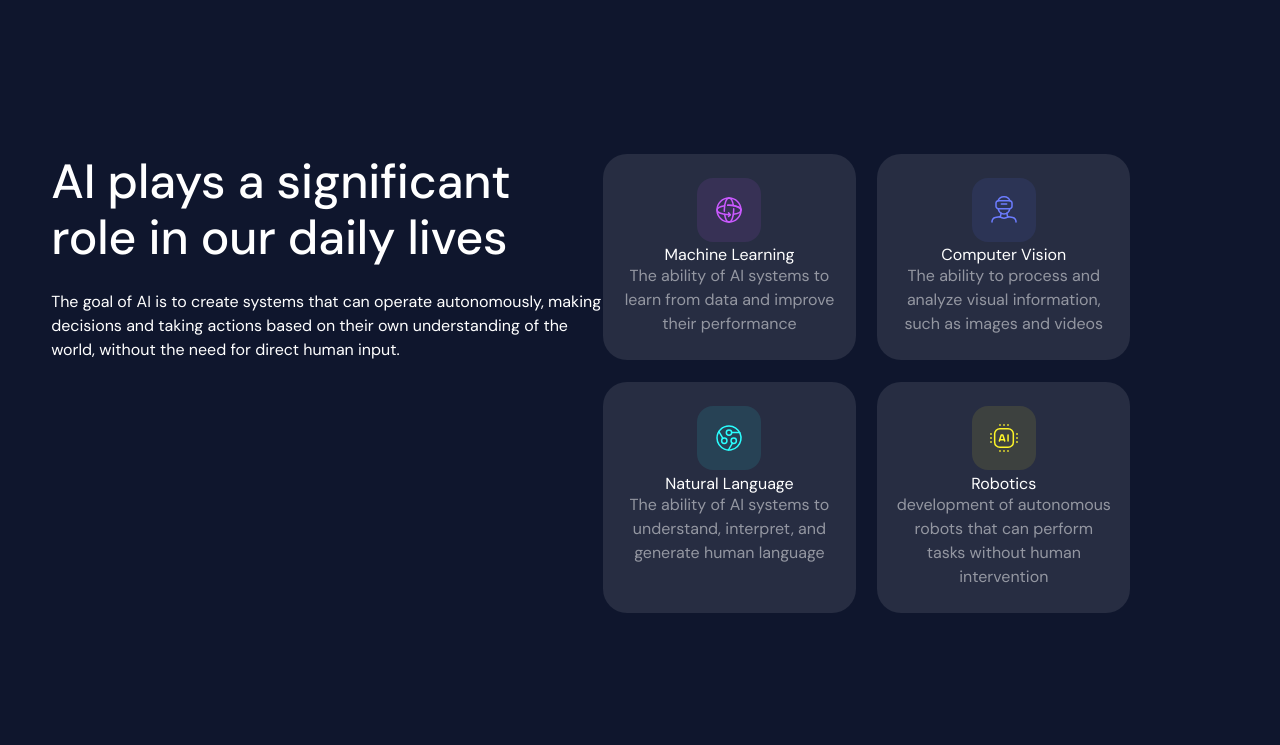
Repository: alphatra/INVO-Academy
Page: / (app in [lvl 1] Sekcja 4 obszarów AI/Starter-code/)
An editor plug-in stored every save of this project. The page is shown before and after the next save, followed by the edit.
The browser window is 1280 px wide. The pictures show the whole page.
The project was rebuilt for these pictures with package versions that can differ from the ones it lists, and the page was loaded fresh each time.

Above is the page before, as saved 2023-03-09 21:53:34.
Console error: TypeError: Cannot read properties of null (reading 'addEventListener')

### [lvl 1] Sekcja 4 obszarów AI/Starter-code/index.html
<!DOCTYPE html>
<html lang="en">

<head>
  <meta charset="UTF-8" />
  <link rel="icon" type="image/svg+xml" href="/vite.svg" />
  <meta name="viewport" content="width=device-width, initial-scale=1.0" />
  <title>INVO Academy JS Starter with Vite</title>
</head>

<!-- In order to start your challenge, remove all the content inside <div id="home-page"></div> and start coding :) -->

<body>
  <section class="hero">
    <div class="hero__header">
      <div class="hero__title"><span>AI plays a significant role in our daily lives</span></div>
      <div class="hero__description">
        <span>
          The goal of AI is to create systems that can operate
          autonomously, making decisions and taking actions based on
          their own understanding of the world, without the need for direct human input.
        </span>
      </div>
    </div>
    <div class="hero__categories">
      <div class="hero__category">
        <div class="hero__category-image">
          <img src="/public/images/ML.svg" alt="Machine Learning">
        </div>
        <div class="hero__category-title">
          <span>Machine Learning</span></div>
        <div class="hero__category-description">
          <span>The ability of AI systems to learn from data and improve their performance</span></div>
      </div>
      <div class="hero__category">
        <div class="hero__category-image">
          <img src="/public/images/CV.svg" alt="Computer Vision">
        </div>
        <div class="hero__category-title">
          <span>Computer Vision</span></div>
        <div class="hero__category-description">
          <span>The ability to process and analyze visual information, such as images and videos</span></div>
      </div>
      <div class="hero__category">
        <div class="hero__category-image">
          <img src="/public/images/NL.svg" alt="Natural Language">
        </div>
        <div class="hero__category-title">
          <span>Natural Language</span></div>
        <div class="hero__category-description">
          <span> The ability of AI systems to understand, interpret, and generate human language</span></div>
      </div>
      <div class="hero__category">
        <div class="hero__category-image">
          <img src="/public/images/AI.svg" alt="Robotics">
        </div>
        <div class="hero__category-title">
          <span>Robotics</span></div>
        <div class="hero__category-description">
          <span>development of autonomous robots that can perform tasks without human intervention</span></div>
      </div>
    </div>
  </section>


  <script type="module" src="/src/global-scripts/main.js"></script>
  <script type="module" src="/src/pages/home-page/scripts/home-page.js"></script>
</body>

</html>

### [lvl 1] Sekcja 4 obszarów AI/Starter-code/src/pages/home-page/scripts/home-page.js
/// Homepage JavaScript File
/// Here we import all the JavaScript files we need for our homepage.

import '../styles/home-page.scss'

import { setupCounter } from '../../../global-scripts/scripts/counter/counter.js'

setupCounter(document.querySelector('#counter'))

### [lvl 1] Sekcja 4 obszarów AI/Starter-code/src/global-styles/style.scss
/// Main Styles File
/// Here we import all the global Styles files we need for our project.

@import "styles/normalize.scss";
@import "styles/root.scss";
@import "styles/fonts.scss";

body {
  font-family: 'Roboto', sans-serif;
  color: var(--color-primary);
}

p {
  color: var(--color-on-surface);
}

### [lvl 1] Sekcja 4 obszarów AI/Starter-code/src/pages/home-page/styles/home-page.scss
    /// Homepage Styles File
    /// Here we import all the Styles files we need for our Homepage.

    body {
        background-color: #0F162D;
    }

    h1,
    p,
    span {
        font-family: 'DM Sans', sans-serif;
        color: white;
    }

    .hero {
        max-width: 1136px;
        margin: 12% 0%;
        padding: 0 4%;
        display: flex;
        align-items: flex-start;

        &__header {
            margin-right: auto;
            }

        &__title{
            margin-block-start: 0;
            font-size: 48px;
            line-height: 56px;
            font-weight: 500;
            letter-spacing: -0.002em;
            margin-bottom: 24px
        }
        &__description{
            font-size: 16px;
            line-height: 24px;
            font-weight: 400;
        }

        &__categories {
            display: grid;
            margin-right: 5%;
            grid-template-columns: repeat(2, minmax(45%, 1fr));
            column-gap: 4%;
            row-gap: 5%;
            text-align: center;
        }

        &__category {
                background: #272D42;
                border-radius: 24px;
                color: white;
                padding-top: 24px;
                padding-bottom: 24px;
                padding-left: 16px;
                padding-right: 16px;
                transition: box-shadow 0.2s ease-in-out;

                &-image{

                }
                &-title{

                }
                &-description {
                    font-size: 16px;
                    line-height: 24px;
                    font-weight: 400;
                    opacity: 0.5;
                }
            }

            &__category:hover {
                box-shadow: 0 0 10px #fff, 0 0 20px #fff, 0 0 40px #0F162D, 0 0 60px #0F162D;
            }
        }

        @media screen and (max-width: 834px) {
            main {
                display: grid;
                gap: 5%;
                margin-top: 30%;
                padding: 0 20%;
            }

            .header {
                margin-right: 0;

                &__text {
                    margin-right: 0;
                    padding: 0;
                }
            }

            .categories {
                margin-right: auto;

            }
        }

        @media screen and (max-width: 375px) {
            main {
                margin-top: 14%;
                gap: 2%;
                display: grid;
                flex-direction: column;
                padding: 0 5%;
            }

            .header {
                &__text {
                    h1 {
                        font-size: 32px;
                        line-height: 40px;
                    }

                    span {
                        font-size: 16px;
                        line-height: 24px;
                    }
                }
            }

            .categories {
                grid-template-columns: repeat(1, 100%);
                row-gap: 3%;
            }

        }

### [lvl 1] Sekcja 4 obszarów AI/Starter-code/src/global-scripts/scripts/counter/counter.js
/// Sample js file for demo purposes
/// Remember to always export your functions
/// so that they can be used in other files

export function setupCounter(element) {
  let counter = 0
  const setCounter = (count) => {
    counter = count
    element.innerHTML = `script test - count is ${counter}`
  }
  element.addEventListener('click', () => setCounter(counter + 1))
  setCounter(0)
}

### [lvl 1] Sekcja 4 obszarów AI/Starter-code/src/global-styles/styles/root.scss
/// Root Styles file
/// Here we define all the root variables we need for our project.
/// For examples see Material Design color system: https://m2.material.io/design/color/the-color-system.html

:root {
    --color-primary: #5721f2;
    --color-on-surface: #000;
}

### [lvl 1] Sekcja 4 obszarów AI/Starter-code/src/global-styles/styles/fonts.scss
/// Main Fonts File
/// Here we import all the fonts files we need for our project.

@import url('https://fonts.googleapis.com/css2?family=Roboto:ital,wght@0,100;0,300;0,400;0,500;0,700;0,900;1,100;1,300;1,400;1,500;1,700;1,900&display=swap');
@import url('https://fonts.googleapis.com/css2?family=DM+Sans:wght@400;500&display=swap');

Loaded but not shown: [lvl 1] Sekcja 4 obszarów AI/Starter-code/src/global-scripts/main.js (common file); [lvl 1] Sekcja 4 obszarów AI/Starter-code/src/global-styles/styles/normalize.scss (common file)

After the next save:
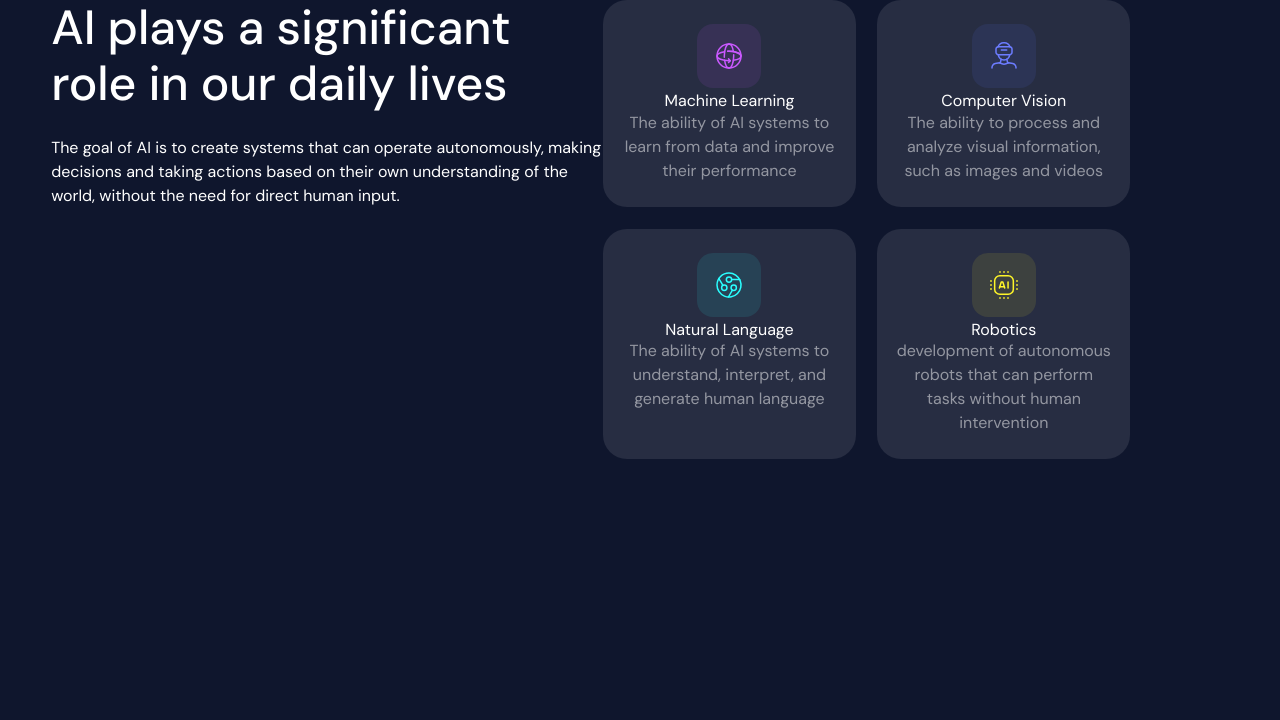
Saved 8 s later.
--- a/[lvl 1] Sekcja 4 obszarów AI/Starter-code/src/pages/home-page/styles/home-page.scss
+++ b/[lvl 1] Sekcja 4 obszarów AI/Starter-code/src/pages/home-page/styles/home-page.scss
@@ -14,7 +14,7 @@
 
     .hero {
         max-width: 1136px;
-        margin: 12% 0%;
+        margin: 0%;
         padding: 0 4%;
         display: flex;
         align-items: flex-start;
